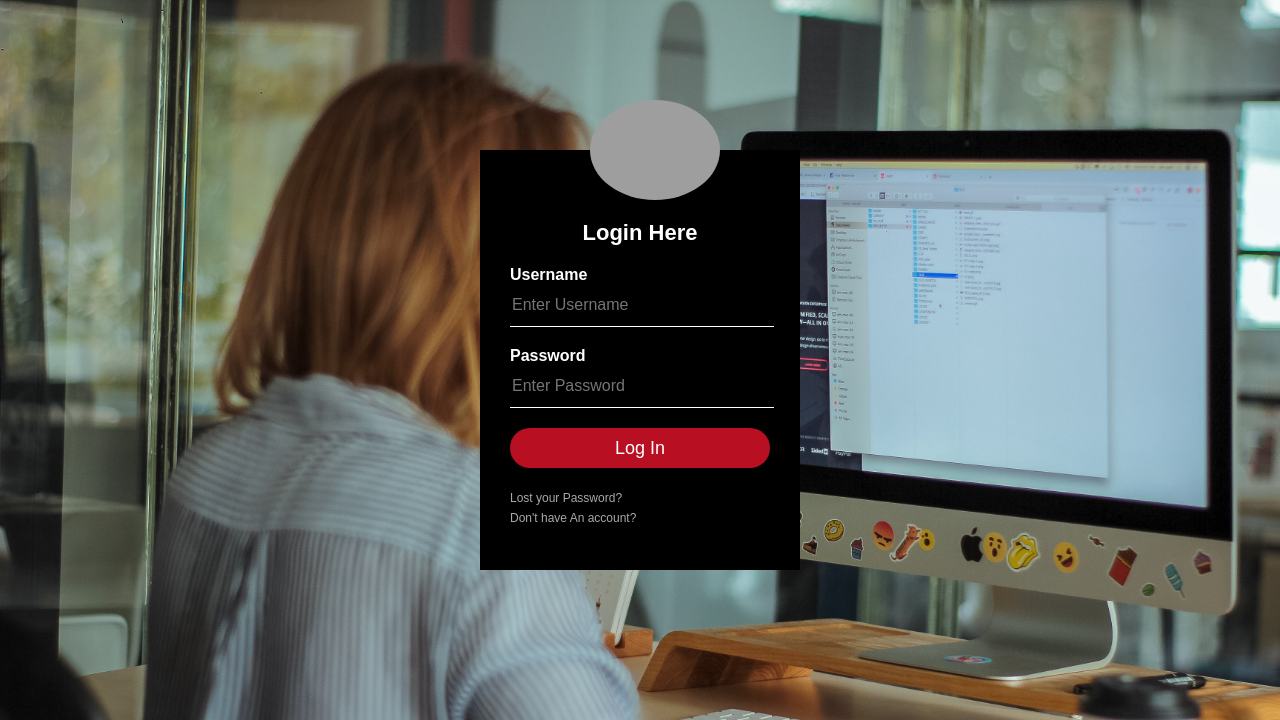
Repository: MyselfAman/Login_Page_Servlet
Page: http://localhost/Login_Page/login.jsp
These files come from the project's save history. The page is drawn as it stood at one moment and after the next save; the edit follows.
The browser window is 1280 px wide. The pictures show the whole page.
Pictures or frames that could not be fetched are drawn as grey boxes. The page is served by Tomcat 9. Other server files are loaded and not shown.

Above is the page before, as saved 2019-08-08 04:22:35.

### Login_Page/WebContent/login.jsp
<%@ page language="java" contentType="text/html; charset=ISO-8859-1"
    pageEncoding="ISO-8859-1"%>
<!DOCTYPE html>
<html>
<head>
<meta charset="ISO-8859-1">
<title>LearnToCode | Login</title>
 <link href="style.css" rel="stylesheet" type="text/css">
</head>
<body>
 <div class="login-box">
      <img src="img/logo1.png" class="logo" alt="Avatar Image">
      <h1>Login Here</h1>
      <form action="login" method="post">
        <!-- USERNAME INPUT -->
        <label for="username">Username</label>
        <input type="text" placeholder="Enter Username" name="username">
        <!-- PASSWORD INPUT -->
        <label for="password">Password</label>
        <input type="password" placeholder="Enter Password" name="password">
        <input type="submit" value="Log In">
        <a href="#">Lost your Password?</a><br>
        <a href="#">Don't have An account?</a>
      </form>
    </div>
</body>
</html>

### Login_Page/WebContent/style.css
@charset "ISO-8859-1";


body {
  margin: 0;
  padding: 0;
  background: url(../images/code.jpg) no-repeat center top;
  background-size: cover;
  font-family: sans-serif;
  height: 100vh;
}

.login-box {
  width: 320px;
  height: 420px;
  background: #000;
  color: #fff;
  top: 50%;
  left: 50%;
  position: absolute;
  transform: translate(-50%, -50%);
  box-sizing: border-box;
  padding: 70px 30px;
}

.login-box .logo {
  width: 130px;
  height: 100px;
  border-radius: 50%;
  position: absolute;
  top: -50px;
  left: calc(50% - 50px);
}

.login-box h1 {
  margin: 0;
  padding: 0 0 20px;
  text-align: center;
  font-size: 22px;
}

.login-box label {
  margin: 0;
  padding: 0;
  font-weight: bold;
  display: block;
}

.login-box input {
  width: 100%;
  margin-bottom: 20px;
}

.login-box input[type="text"], .login-box input[type="password"] {
  border: none;
  border-bottom: 1px solid #fff;
  background: transparent;
  outline: none;
  height: 40px;
  color: #fff;
  font-size: 16px;
}

.login-box input[type="submit"] {
  border: none;
  outline: none;
  height: 40px;
  background: #b80f22;
  color: #fff;
  font-size: 18px;
  border-radius: 20px;
}

.login-box input[type="submit"]:hover {
  cursor: pointer;
  background: #ffc107;
  color: #000;
}

.login-box a {
  text-decoration: none;
  font-size: 12px;
  line-height: 20px;
  color: darkgrey;
}

.login-box a:hover {
  color: #fff;
}

After the next save:
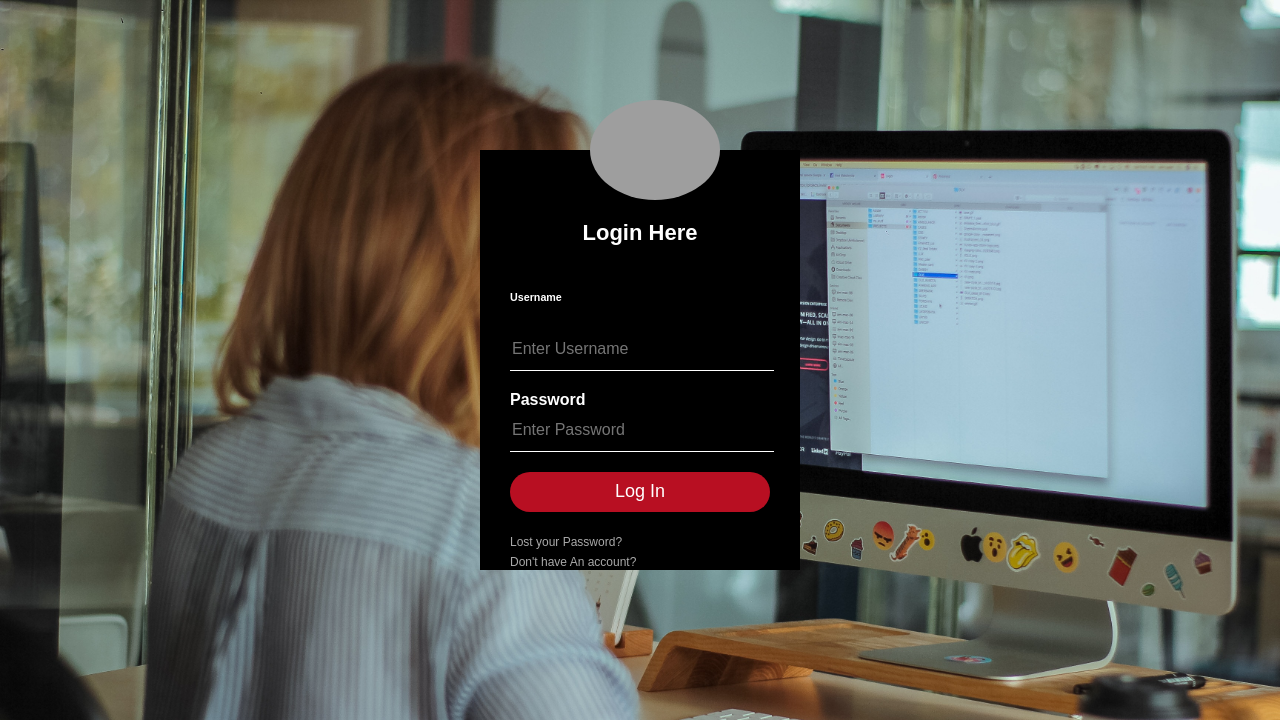
Saved 2 min 46 s later.
--- a/Login_Page/WebContent/login.jsp
+++ b/Login_Page/WebContent/login.jsp
@@ -13,7 +13,7 @@
       <h1>Login Here</h1>
       <form action="login" method="post">
         <!-- USERNAME INPUT -->
-        <label for="username">Username</label>
+        <h6>Username</h6>
         <input type="text" placeholder="Enter Username" name="username">
         <!-- PASSWORD INPUT -->
         <label for="password">Password</label>
